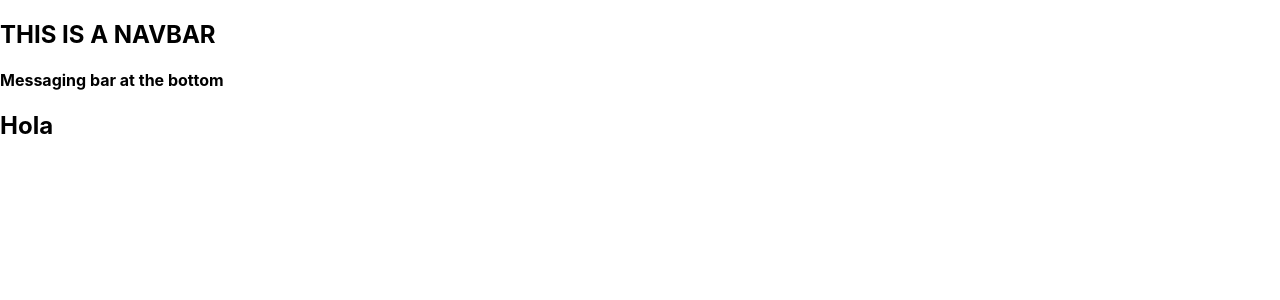
Repository: react-for-web-developers/03-react-components
Page: / (app in exercises/linkedin/)
An editor plug-in stored every save of this project. The page is shown before and after a run of saves, followed by the edit.
The browser window is 1280 px wide. The pictures show the whole page.
The project was rebuilt for these pictures with package versions that can differ from the ones it lists, and the page was loaded fresh each time. Also part of the build but not shown: exercises/linkedin/src/App.css.

Above is the page before, as saved 2021-10-13 23:04:09.

### exercises/linkedin/src/App.js
import './App.css';
import NavBar from './components/NavBar';
import Messaging from './components/Messaging';

function App() {
  return (
    <div>
      <NavBar/>
      <Messaging/>
    </div>
  );
}

export default App;

### exercises/linkedin/src/components/NavBar.js
import React from 'react'

export default function NavBar() {
    return (
        <div>
            <h2>THIS IS A NAVBAR</h2>
        </div>
    )
}

### exercises/linkedin/src/components/Messaging.js
import React from 'react'
import Conversation from './Conversation'


export default function Messaging() {
    return (
        <div>
            <h4>Messaging bar at the bottom</h4>
            <h2>Hola</h2>
        </div>
    )
}

### exercises/linkedin/src/components/Conversation.js
import React from 'react'

export default function Conversation() {
    return (
        <div>
            <h5>This is a conversation</h5>
        </div>
    )
}

Loaded but not shown: exercises/linkedin/public/index.html (common file); exercises/linkedin/src/index.js (common file); exercises/linkedin/src/index.css (common file); exercises/linkedin/src/reportWebVitals.js (common file)

After the next 4 saves:
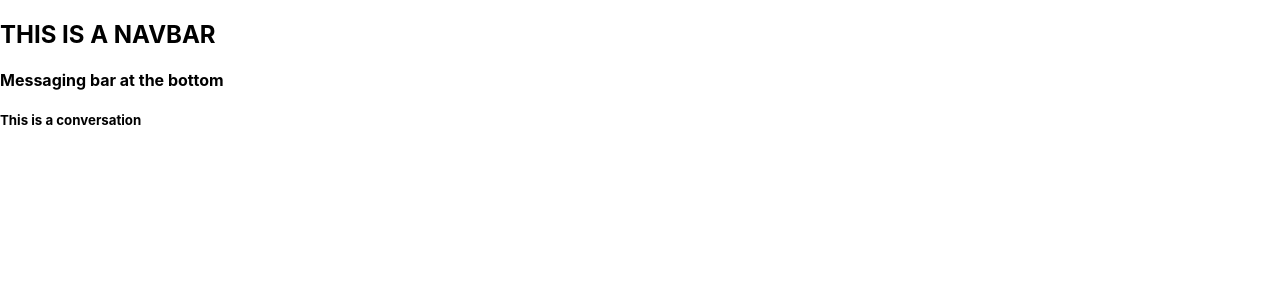
The 4 saves are shown as one change because they came seconds apart.
The last was saved 43 s later.
--- a/exercises/linkedin/src/components/Messaging.js
+++ b/exercises/linkedin/src/components/Messaging.js
@@ -6,7 +6,7 @@ export default function Messaging() {
     return (
         <div>
             <h4>Messaging bar at the bottom</h4>
-            <h2>Hola</h2>
+            <Conversation/>
         </div>
     )
 }
